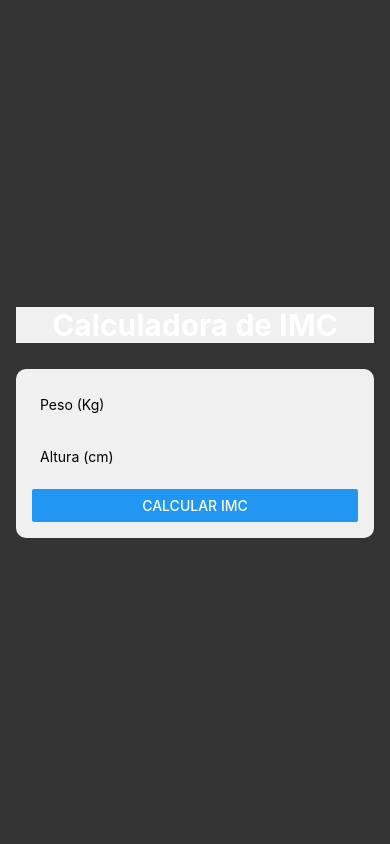
Repository: GustaPit/CalculadoraIMCpam
Screen: /
These files come from the project's save history. The screen is drawn as it stood at one moment and after the next save; the edit follows.
The app was drawn by React Native's web renderer in a window 390 px wide. The project was rebuilt for these pictures with package versions that can differ from the ones it lists, and the page was loaded fresh each time. Some packages were replaced by stand-ins written for this rebuild. Also part of the build but not shown: src/components/Result.js.

Above is the screen before, as saved 2025-04-04 12:05:49.

After the next save:
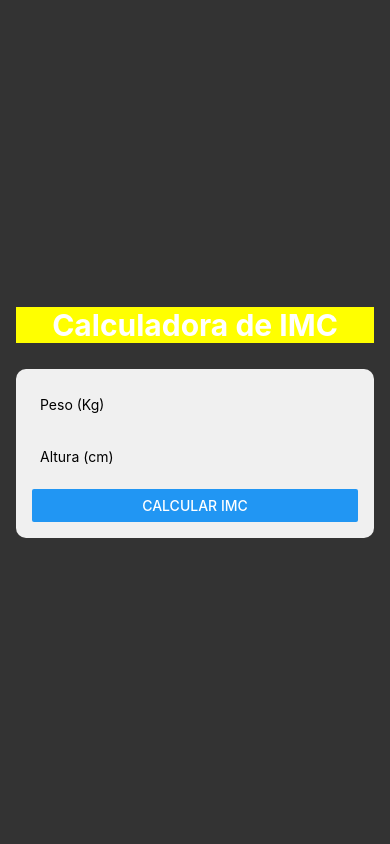
Saved 11 s later.
--- a/src/components/Title.js
+++ b/src/components/Title.js
@@ -13,7 +13,7 @@ const styles = StyleSheet.create({
     textAlign: 'center',
     marginBottom: 26,
     color: '#fff',
-    backgroundColor: '#f0f0f0',
+    backgroundColor: '#ffff00',
   },
 });
 
